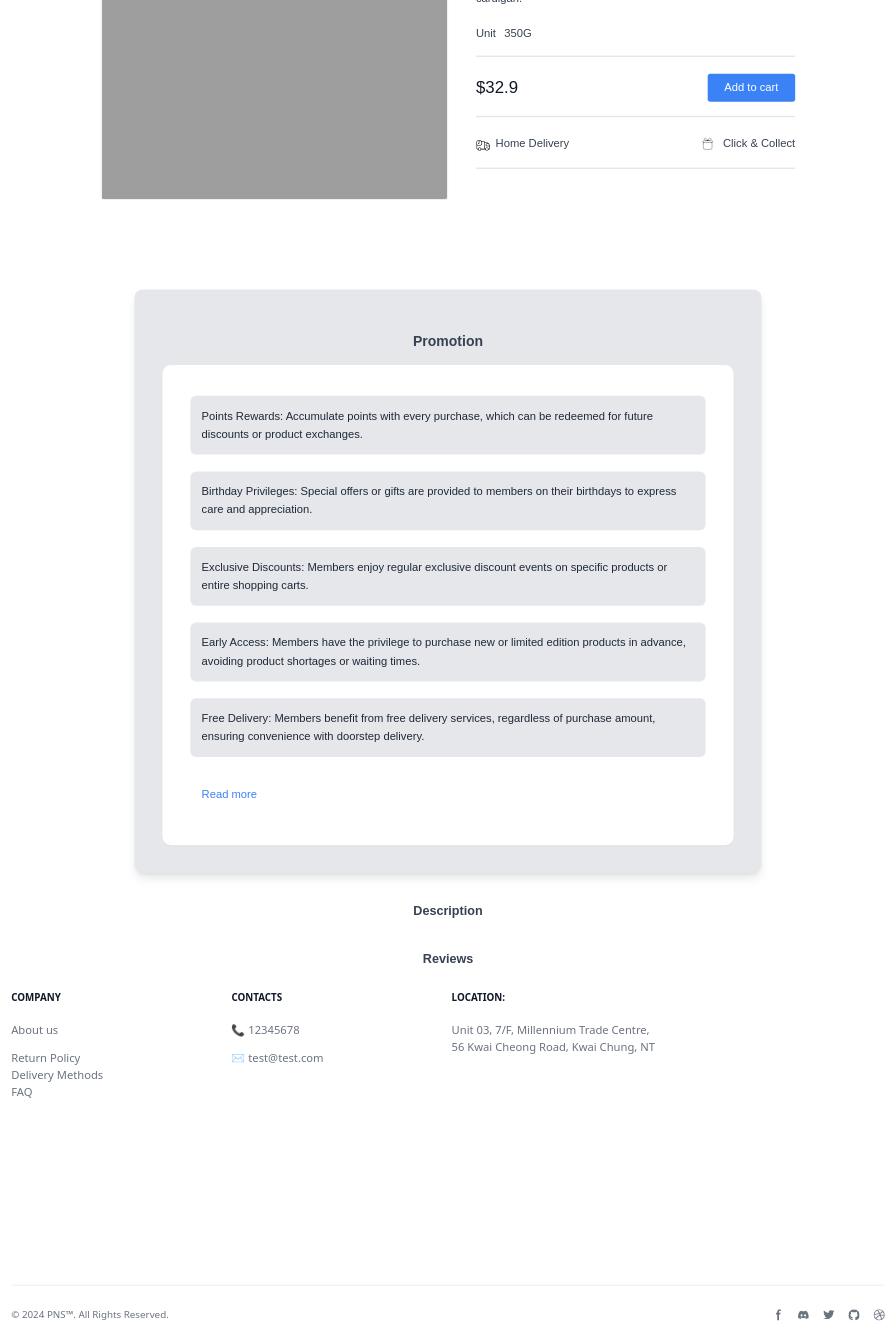
Repository: Harris132451/Final-Project-eShop
Page: /products/0.6MM THINLY WRAPPED PORK DUMPLING
These files come from the project's save history. The page is drawn as it stood at one moment and after the next save; the edit follows.
The browser window is 1280 px wide. The pictures show the part of the page from y = 609 to 2529 px (the page is 2529 px tall), at 70% of full size.
Pictures or frames that could not be fetched are drawn as grey boxes. The page's requests for data from a server got no answer. The project was rebuilt for these pictures with package versions that can differ from the ones it lists, and the page was loaded fresh each time. No one was signed in, and anything a server would have sent is missing. Also part of the build but not shown: src/Page/Component/controlNum.js, src/Page/Component/PCinCart.js, src/Page/Component/SC.js, src/Page/Component/Slider.js, src/Page/Component/Loading/Loader.css, src/Page/Home.js, src/Page/Component/TPinCart.js, src/Page/Checkout.js and 5 more.

Above is the page before, as saved 2024-04-15 10:33:51.

After the next save:
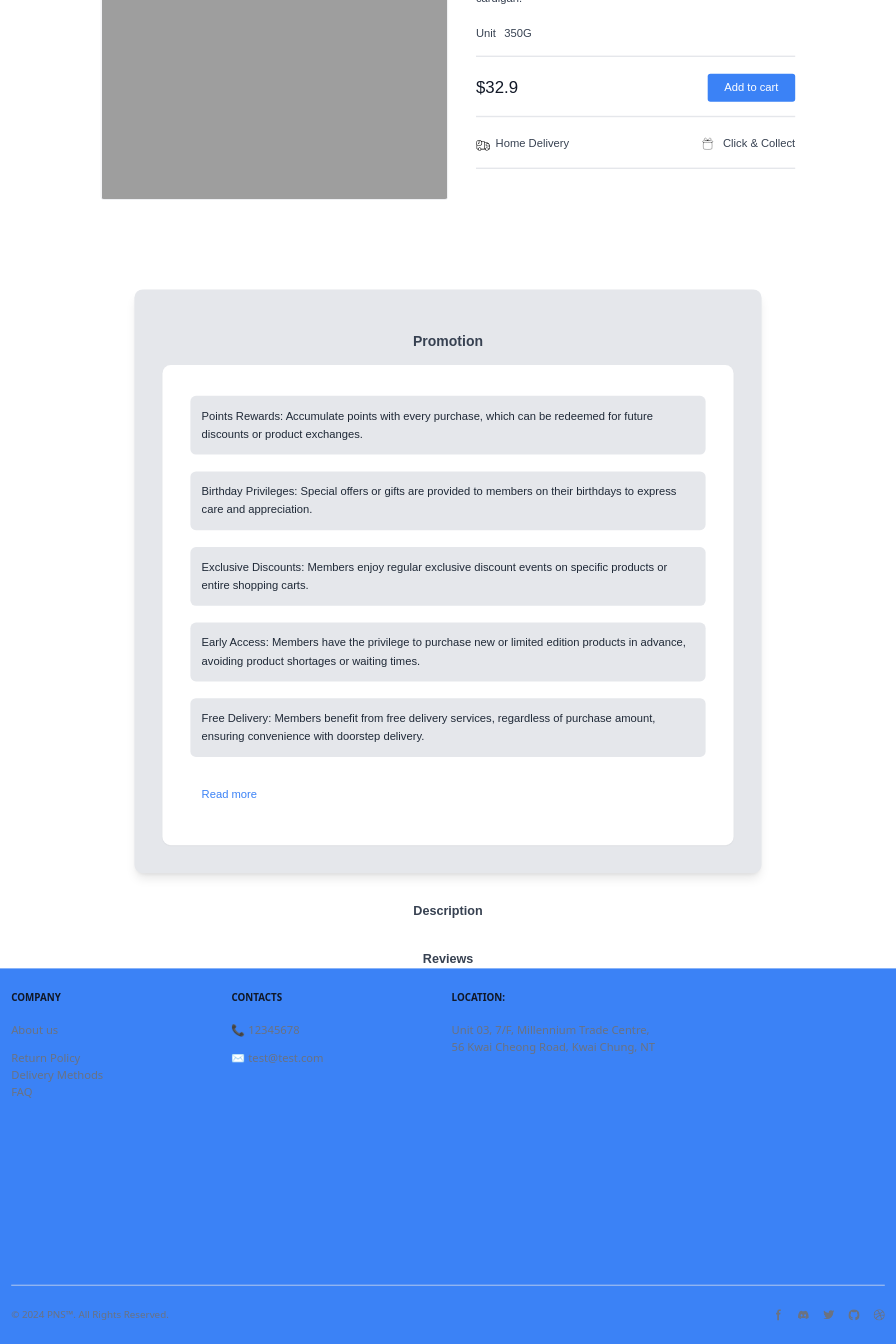
Saved 4 min 12 s later.
--- a/src/Page/Footer.js
+++ b/src/Page/Footer.js
@@ -4,7 +4,7 @@ const Footer = () => {
   return (
 
 
-<footer class="bg-white dark:bg-gray-900">
+<footer class="bg-blue-500 dark:bg-gray-900">
     <div class="mx-auto w-full max-w-screen-xl p-4 py-6 lg:py-8">
         <div class="md:flex md:justify-between">
           <div class="grid grid-cols-2 gap-8 sm:gap-6 sm:grid-cols-3">
